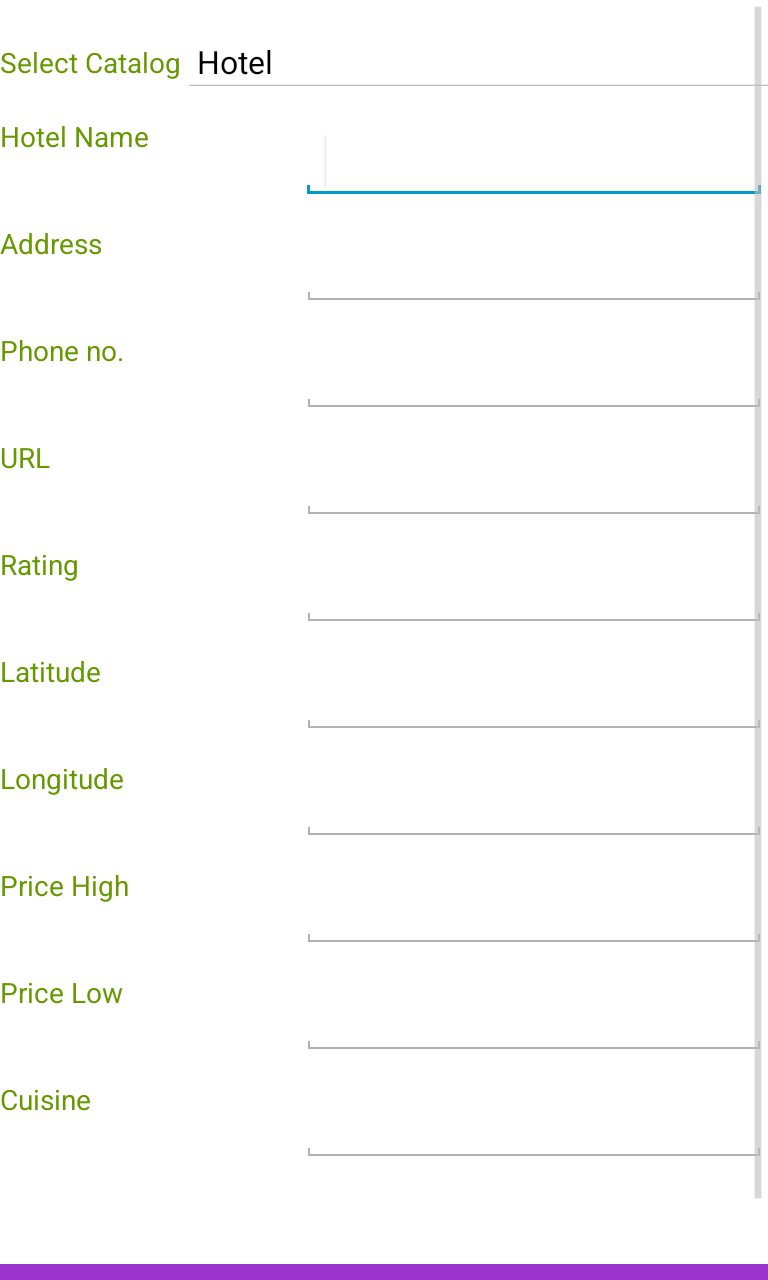
Repository: AungWinnHtut/projAndroid
Layout: com.engineer4myanmar.json.MainActivity/res/layout/activity_admin.xml
An editor plug-in stored every save of this project. The layout is shown before and after the next save, followed by the edit.
It is drawn on a 768 x 1280 px phone screen (xhdpi) without system bars, with theme AppTheme; the app's code is not run.

Above is the layout before, as saved 2015-08-26 20:41:58.

After the next save:
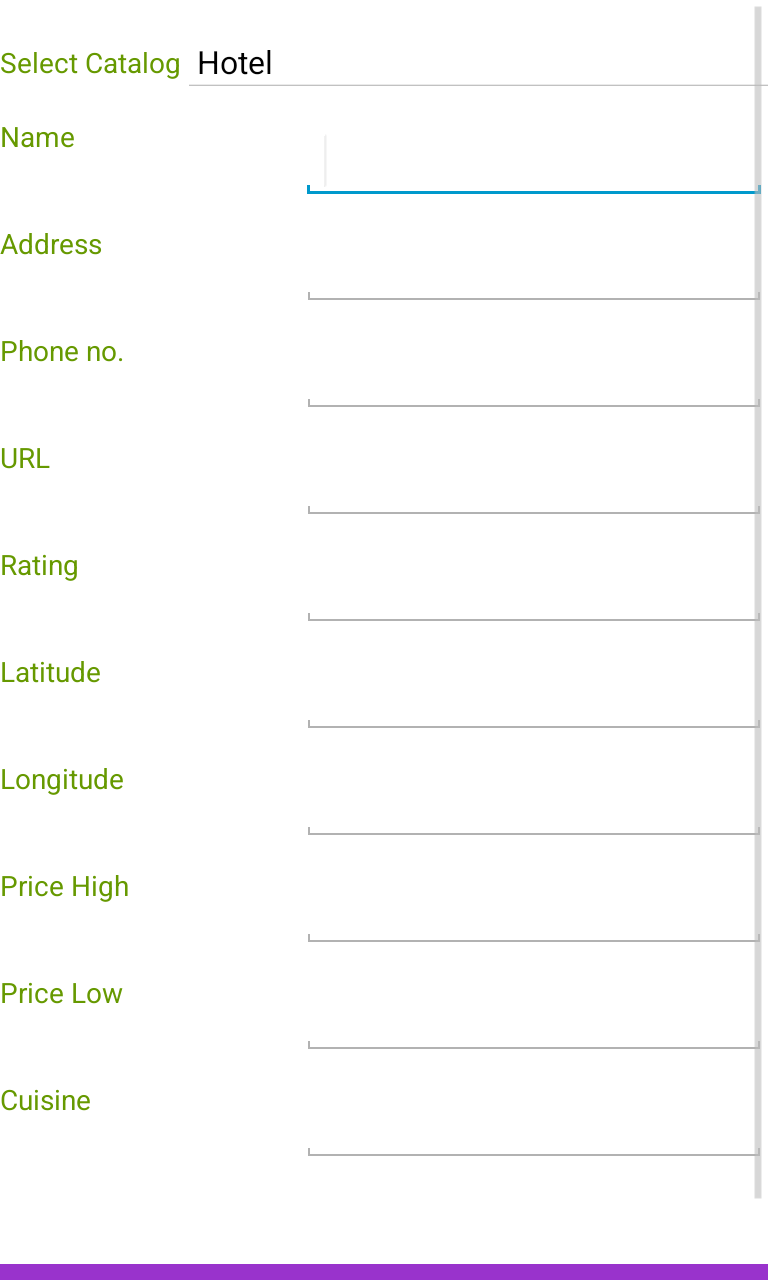
Saved 2 min 16 s later.
--- a/com.engineer4myanmar.json.MainActivity/res/layout/activity_admin.xml
+++ b/com.engineer4myanmar.json.MainActivity/res/layout/activity_admin.xml
@@ -50,11 +50,11 @@
                     android:id="@+id/textView1"
                     android:layout_width="150dp"
                     android:layout_height="wrap_content"
-                    android:text="Hotel Name"
-                    android:textColor="#669900" />
-
-                <EditText
-                    android:id="@+id/etHotelname"
+                    android:text="Name"
+                    android:textColor="#669900" />
+
+                <EditText
+                    android:id="@+id/etname"
                     android:layout_width="0dp"
                     android:layout_height="wrap_content"
                     android:layout_marginTop="14dp"
